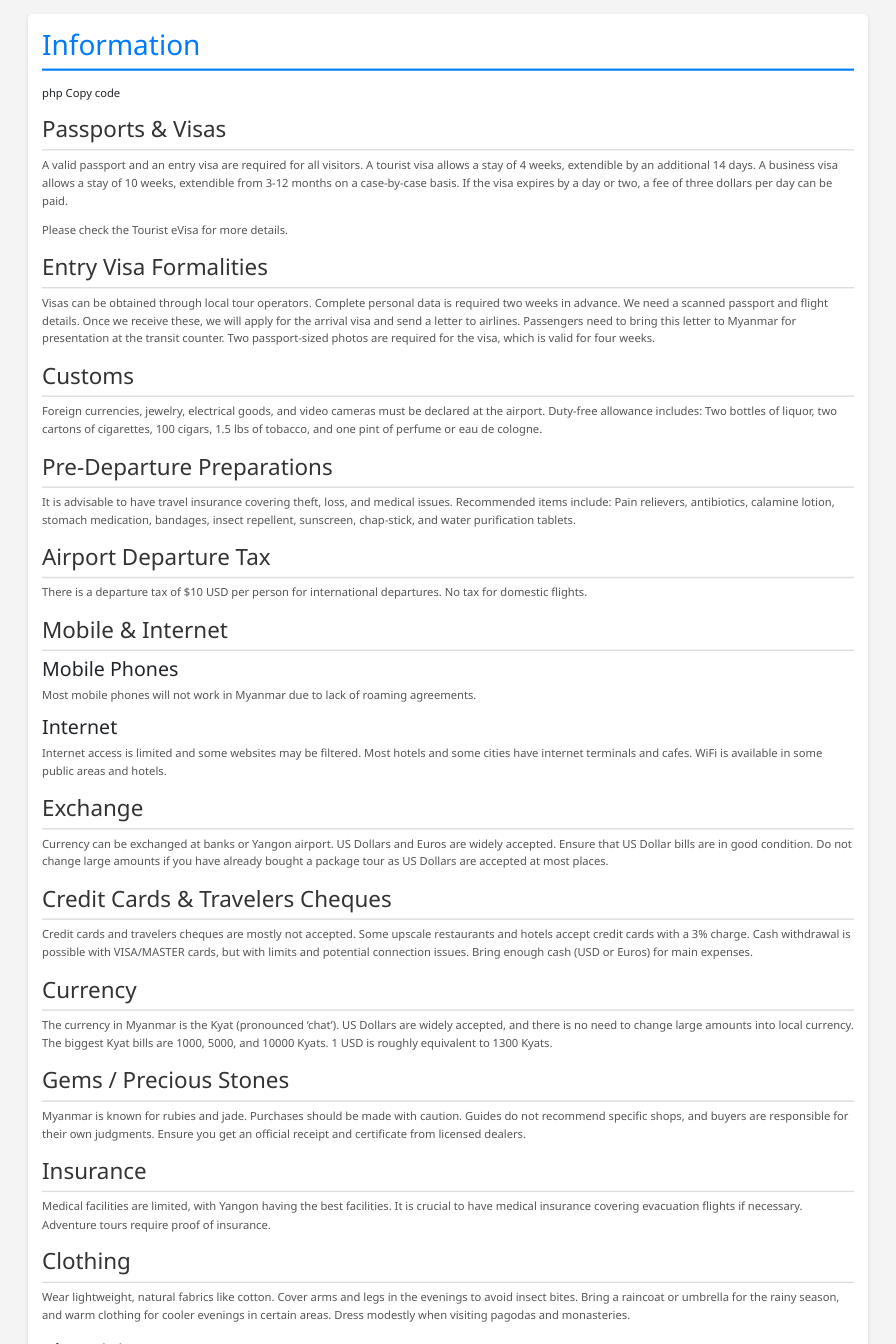
Repository: nyeinsu4520/tourland
Page: http://localhost/Information
An editor plug-in stored every save of this project. The page is shown before and after the next save, followed by the edit.
The browser window is 1280 px wide. The pictures show the part of the page from y = 0 to 1920 px (the page is 2639 px tall before and 2982 px after), at 70% of full size.
Some web fonts or font styles are not loaded; a fallback is used. The page is this project's Thymeleaf template; nobody is signed in. The template is opened directly, without the code that normally fills it, so the values that code supplies are empty.

Above is the page before, as saved 2024-07-22 17:39:18.

### Tourland/src/main/resources/templates/Information.html
<!DOCTYPE html>
<html lang="en">
<head>
    <meta charset="UTF-8">
    <meta name="viewport" content="width=device-width, initial-scale=1.0">
    <title>Information - Tourland</title>
    <link rel="icon" href="img/tourland2.png" type="image/png" />
    <link rel="stylesheet" href="https://cdnjs.cloudflare.com/ajax/libs/bootstrap/5.3.0/css/bootstrap.min.css">
    <style>
        body {
            font-family: 'Segoe UI', Tahoma, Geneva, Verdana, sans-serif;
            background-color: #f4f4f4;
            margin: 0;
            padding: 0;
        }
        .container {
            max-width: 1200px;
            margin: 20px auto;
            padding: 20px;
            background-color: #ffffff;
            border-radius: 8px;
            box-shadow: 0 4px 8px rgba(0,0,0,0.1);
        }
        h1 {
            color: #007bff;
            margin-bottom: 20px;
            border-bottom: 3px solid #007bff;
            padding-bottom: 10px;
        }
        h2 {
            color: #333;
            margin-top: 20px;
            border-bottom: 2px solid #ddd;
            padding-bottom: 10px;
        }
        p {
            color: #555;
            line-height: 1.6;
        }
        .info-section {
            margin-bottom: 20px;
        }
        .info-section ul {
            list-style: none;
            padding: 0;
        }
        .info-section ul li {
            padding: 8px 0;
            border-bottom: 1px solid #ddd;
        }
        .info-section ul li:last-child {
            border-bottom: none;
        }
        .section-header {
            font-weight: bold;
            color: #333;
            margin-bottom: 10px;
        }
        .section-content {
            margin-bottom: 20px;
        }
        .footer {
            margin-top: 40px;
            text-align: center;
            padding: 10px;
            border-top: 1px solid #ddd;
            color: #777;
        }
    </style>
</head>
<body>
    <div class="container">
        <h1>Information</h1>
php
Copy code
    <div class="info-section">
        <h2>Passports & Visas</h2>
        <p>A valid passport and an entry visa are required for all visitors. A tourist visa allows a stay of 4 weeks, extendible by an additional 14 days. A business visa allows a stay of 10 weeks, extendible from 3-12 months on a case-by-case basis. If the visa expires by a day or two, a fee of three dollars per day can be paid.</p>
        <p>Please check the Tourist eVisa for more details.</p>
    </div>

    <div class="info-section">
        <h2>Entry Visa Formalities</h2>
        <p>Visas can be obtained through local tour operators. Complete personal data is required two weeks in advance. We need a scanned passport and flight details. Once we receive these, we will apply for the arrival visa and send a letter to airlines. Passengers need to bring this letter to Myanmar for presentation at the transit counter. Two passport-sized photos are required for the visa, which is valid for four weeks.</p>
    </div>

    <div class="info-section">
        <h2>Customs</h2>
        <p>Foreign currencies, jewelry, electrical goods, and video cameras must be declared at the airport. Duty-free allowance includes: Two bottles of liquor, two cartons of cigarettes, 100 cigars, 1.5 lbs of tobacco, and one pint of perfume or eau de cologne.</p>
    </div>

    <div class="info-section">
        <h2>Pre-Departure Preparations</h2>
        <p>It is advisable to have travel insurance covering theft, loss, and medical issues. Recommended items include: Pain relievers, antibiotics, calamine lotion, stomach medication, bandages, insect repellent, sunscreen, chap-stick, and water purification tablets.</p>
    </div>

    <div class="info-section">
        <h2>Airport Departure Tax</h2>
        <p>There is a departure tax of $10 USD per person for international departures. No tax for domestic flights.</p>
    </div>

    <div class="info-section">
        <h2>Mobile & Internet</h2>
        <h3>Mobile Phones</h3>
        <p>Most mobile phones will not work in Myanmar due to lack of roaming agreements.</p>
        <h3>Internet</h3>
        <p>Internet access is limited and some websites may be filtered. Most hotels and some cities have internet terminals and cafes. WiFi is available in some public areas and hotels.</p>
    </div>

    <div class="info-section">
        <h2>Exchange</h2>
        <p>Currency can be exchanged at banks or Yangon airport. US Dollars and Euros are widely accepted. Ensure that US Dollar bills are in good condition. Do not change large amounts if you have already bought a package tour as US Dollars are accepted at most places.</p>
    </div>

    <div class="info-section">
        <h2>Credit Cards & Travelers Cheques</h2>
        <p>Credit cards and travelers cheques are mostly not accepted. Some upscale restaurants and hotels accept credit cards with a 3% charge. Cash withdrawal is possible with VISA/MASTER cards, but with limits and potential connection issues. Bring enough cash (USD or Euros) for main expenses.</p>
    </div>

    <div class="info-section">
        <h2>Currency</h2>
        <p>The currency in Myanmar is the Kyat (pronounced ‘chat’). US Dollars are widely accepted, and there is no need to change large amounts into local currency. The biggest Kyat bills are 1000, 5000, and 10000 Kyats. 1 USD is roughly equivalent to 1300 Kyats.</p>
    </div>

    <div class="info-section">
        <h2>Gems / Precious Stones</h2>
        <p>Myanmar is known for rubies and jade. Purchases should be made with caution. Guides do not recommend specific shops, and buyers are responsible for their own judgments. Ensure you get an official receipt and certificate from licensed dealers.</p>
    </div>

    <div class="info-section">
        <h2>Insurance</h2>
        <p>Medical facilities are limited, with Yangon having the best facilities. It is crucial to have medical insurance covering evacuation flights if necessary. Adventure tours require proof of insurance.</p>
    </div>

    <div class="info-section">
        <h2>Clothing</h2>
        <p>Wear lightweight, natural fabrics like cotton. Cover arms and legs in the evenings to avoid insect bites. Bring a raincoat or umbrella for the rainy season, and warm clothing for cooler evenings in certain areas. Dress modestly when visiting pagodas and monasteries.</p>
    </div>

    <div class="info-section">
        <h2>Electricity</h2>
        <p>Myanmar uses 220V with a mix of plug types. Bring a universal plug adaptor. Power outages are common, but most hotels have generators.</p>
    </div>

    <div class="info-section">
        <h2>Entertainment</h2>
        <p>Western-style entertainment is limited. Yangon has some restaurants, bars, and nightclubs. Other areas primarily offer entertainment in hotels and tourist-oriented restaurants.</p>
    </div>

    <div class="info-section">
        <h2>Food</h2>
        <p>Burmese cuisine includes rice, rice noodles, and curries. Meals are generally not very spicy, with a clear soup and fermented fish sauce served. Chinese, Indian, and European food is available in tourist areas.</p>
    </div>

    <div class="info-section">
        <h2>Hours of Business</h2>
        <p>Offices typically open Monday to Friday from 09:30 to 16:00. Most shops are open daily, but Bogyoke Market is closed on Mondays, public holidays, and full moon days.</p>
    </div>

    <div class="info-section">
        <h2>Language</h2>
        <p>The national language is Burmese, with over 80 dialects. English is spoken by many older generations and is becoming more common among the younger generation.</p>
    </div>
</div>

<div class="footer">
    &copy; 2024 Tourland. All rights reserved.
</div>

<script src="https://cdnjs.cloudflare.com/ajax/libs/bootstrap/5.3.0/js/bootstrap.bundle.min.js"></script>
</body>
</html>

### Tourland/src/main/resources/templates/Fragment/footer.html
<!DOCTYPE html>
<html xmlns:th="http://www.thymeleaf.org">
<head>
<meta charset="ISO-8859-1">
<title>Insert title here</title>

<link rel="icon" href="img/tourland2.png" type="image/png" />
    <link rel="stylesheet" href="./bootstrap/css/bootstrap.min.css" />
    <script src="./bootstrap/js/bootstrap.bundle.min.js"></script>
    <link href="https://cdnjs.cloudflare.com/ajax/libs/font-awesome/6.5.2/css/all.min.css"/>
    <script src="https://ajax.googleapis.com/ajax/libs/jquery/3.6.0/jquery.min.js"></script>
    <link rel="stylesheet" href="style.css" />
    <style>
      #google_translate_element {
          display: none;
      }
  </style>


</head>
<body>


<div class="container">
  <footer class="py-5">
    <div class="row">
      <div class="col-6 col-md-2 mb-3">
        <h5>Section</h5>
        <ul class="nav flex-column">
          <li class="nav-item mb-2"><a href="#" class="nav-link p-0 text-body-secondary">Home</a></li>
          <li class="nav-item mb-2"><a href="#" class="nav-link p-0 text-body-secondary">Features</a></li>
          <li class="nav-item mb-2"><a href="#" class="nav-link p-0 text-body-secondary">Pricing</a></li>
          <li class="nav-item mb-2"><a href="#" class="nav-link p-0 text-body-secondary">FAQs</a></li>
          <li class="nav-item mb-2"><a href="#" class="nav-link p-0 text-body-secondary">About</a></li>
        </ul>
      </div>

      <div class="col-6 col-md-2 mb-3">
        <h5>Section</h5>
        <ul class="nav flex-column">
          <li class="nav-item mb-2"><a href="#" class="nav-link p-0 text-body-secondary">Home</a></li>
          <li class="nav-item mb-2"><a href="#" class="nav-link p-0 text-body-secondary">Features</a></li>
          <li class="nav-item mb-2"><a href="#" class="nav-link p-0 text-body-secondary">Pricing</a></li>
          <li class="nav-item mb-2"><a href="#" class="nav-link p-0 text-body-secondary">FAQs</a></li>
          <li class="nav-item mb-2"><a href="#" class="nav-link p-0 text-body-secondary">About</a></li>
        </ul>
      </div>

      <div class="col-6 col-md-2 mb-3">
        <h5>Section</h5>
        <ul class="nav flex-column">
          <li class="nav-item mb-2"><a href="#" class="nav-link p-0 text-body-secondary">Home</a></li>
          <li class="nav-item mb-2"><a href="#" class="nav-link p-0 text-body-secondary">Features</a></li>
          <li class="nav-item mb-2"><a href="#" class="nav-link p-0 text-body-secondary">Pricing</a></li>
          <li class="nav-item mb-2"><a href="#" class="nav-link p-0 text-body-secondary">FAQs</a></li>
          <li class="nav-item mb-2"><a href="#" class="nav-link p-0 text-body-secondary">About</a></li>
        </ul>
      </div>

      <div class="col-md-5 offset-md-1 mb-3">
        <form>
          <h5>Subscribe to our newsletter</h5>
          <p>Monthly digest of what's new and exciting from us.</p>
          <div class="d-flex flex-column flex-sm-row w-100 gap-2">
            <label for="newsletter1" class="visually-hidden">Email address</label>
            <input id="newsletter1" type="text" class="form-control" placeholder="Email address">
            <button class="btn btn-primary" type="button">Subscribe</button>
          </div>
        </form>
      </div>
    </div>

    <div class="d-flex flex-column flex-sm-row justify-content-between py-4 my-4 border-top">
      <p>&copy; 2024 Company, Inc. All rights reserved.</p>
      <ul class="list-unstyled d-flex">
        <li class="ms-3"><a class="link-body-emphasis" href="#"><svg class="bi" width="24" height="24"><use xlink:href="#twitter"/></svg></a></li>
        <li class="ms-3"><a class="link-body-emphasis" href="#"><svg class="bi" width="24" height="24"><use xlink:href="#instagram"/></svg></a></li>
        <li class="ms-3"><a class="link-body-emphasis" href="#"><svg class="bi" width="24" height="24"><use xlink:href="#facebook"/></svg></a></li>
      </ul>
    </div>
  </footer>
</div>

</body>
</html>

### Tourland/src/main/resources/static/image/img/style.css
@import url('https://fonts.googleapis.com/css2?family=Jersey+20&family=Jersey+25&family=Josefin+Sans:ital,wght@0,100..700;1,100..700&family=Noto+Sans+Myanmar:wght@100;200;300;400;500;600;700;800;900&family=Nunito+Sans:ital,opsz,wght@0,6..12,200..1000;1,6..12,200..1000&family=Platypi:ital,wght@0,300..800;1,300..800&display=swap');


.nunito-sans {
    font-family: "Nunito Sans", sans-serif;
    font-optical-sizing: auto;
    font-style: normal;
    font-variation-settings:
      "wdth" 100,
      "YTLC" 500;
  }


  *  {
    font-family: "Nunito Sans";

}


.logo{
    width: 250px;
}

Loaded but not shown: Tourland/src/main/resources/static/bootstrap/css/bootstrap.min.css (library); Tourland/src/main/resources/static/bootstrap/js/bootstrap.bundle.min.js (library)

After the next save:
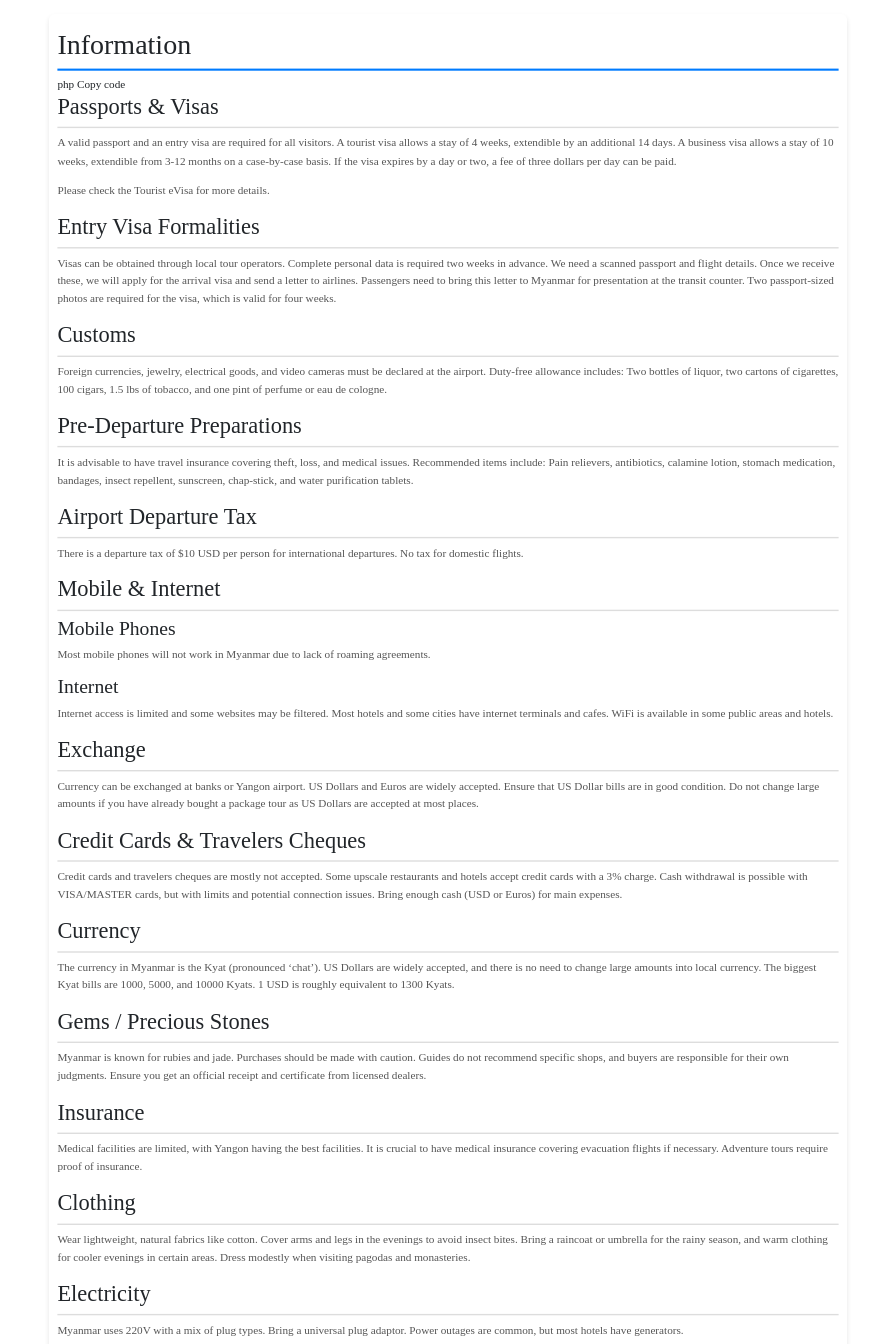
Saved 50 s later.
--- a/Tourland/src/main/resources/templates/Information.html
+++ b/Tourland/src/main/resources/templates/Information.html
@@ -162,11 +162,13 @@ Copy code
         <p>The national language is Burmese, with over 80 dialects. English is spoken by many older generations and is becoming more common among the younger generation.</p>
     </div>
 </div>
-
+<div th:replace="@{Fragment/footer}"></div>
 <div class="footer">
     &copy; 2024 Tourland. All rights reserved.
 </div>
 
+
+
 <script src="https://cdnjs.cloudflare.com/ajax/libs/bootstrap/5.3.0/js/bootstrap.bundle.min.js"></script>
 </body>
 </html>
